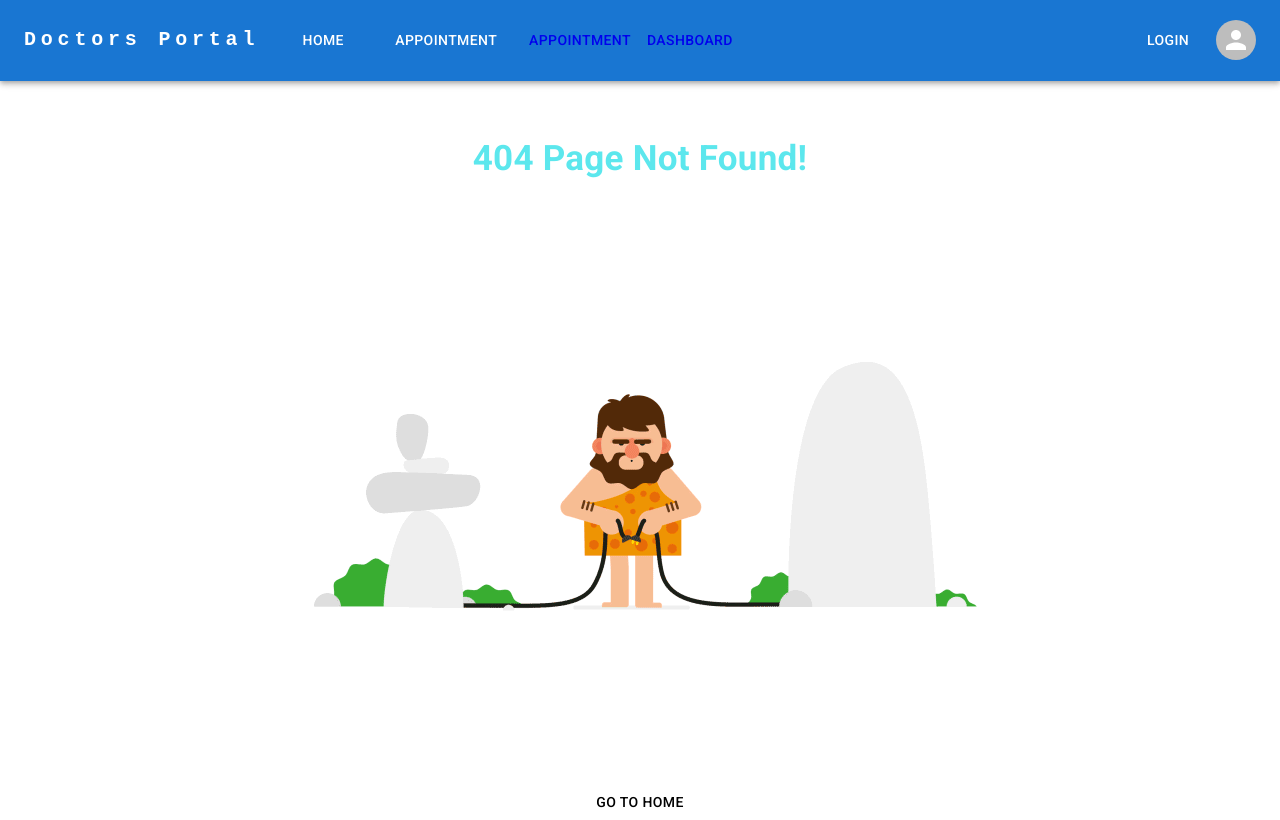
Repository: Sharif-00112/doctors-portal-client
Page: /checkUp
These files come from the project's save history. The page is drawn as it stood at one moment and after the next save; the edit follows.
The browser window is 1280 px wide. The pictures show the whole page.
The page's requests for data from a server got no answer. The project was rebuilt for these pictures with package versions that can differ from the ones it lists, and the page was loaded fresh each time. No one was signed in, and anything a server would have sent is missing. Also part of the build but not shown: src/Pages/Shared/Footer/Footer.js, src/Pages/Home/AppointmentBanner/AppointmentBanner.js, src/Pages/Home/Banner/Banner.js, src/Pages/Home/Contact/Contact.js, src/Pages/Home/Service/Service.js, src/Pages/Home/Services/Services.js, src/Pages/Home/Story/Story.js, src/Pages/Home/Home/Home.js and 16 more. Imported but missing from the stored project, and not drawn on this page: src/hooks/useTitle.

Above is the page before, as saved 2022-11-25 20:30:34.

### public/index.html
<!DOCTYPE html>
<html lang="en">
  <head>
    <meta charset="utf-8" />
    <link rel="icon" href="%PUBLIC_URL%/favicon.ico" />
    <meta name="viewport" content="width=device-width, initial-scale=1" />
    <meta name="theme-color" content="#000000" />
    <meta
      name="description"
      content="Web site created using create-react-app"
    />
    <link
      rel="stylesheet" href="https://fonts.googleapis.com/css?family=Roboto:300,400,500,700&display=swap"
    />

    <link rel="apple-touch-icon" href="%PUBLIC_URL%/logo192.png" />
    <!--
      manifest.json provides metadata used when your web app is installed on a
      user's mobile device or desktop. See https://developers.google.com/web/fundamentals/web-app-manifest/
    -->
    <link rel="manifest" href="%PUBLIC_URL%/manifest.json" />
    <!--
      Notice the use of %PUBLIC_URL% in the tags above.
      It will be replaced with the URL of the `public` folder during the build.
      Only files inside the `public` folder can be referenced from the HTML.

      Unlike "/favicon.ico" or "favicon.ico", "%PUBLIC_URL%/favicon.ico" will
      work correctly both with client-side routing and a non-root public URL.
      Learn how to configure a non-root public URL by running `npm run build`.
    -->
    <title>React App</title>
  </head>
  <body>
    <noscript>You need to enable JavaScript to run this app.</noscript>
    <div id="root"></div>
    <!--
      This HTML file is a template.
      If you open it directly in the browser, you will see an empty page.

      You can add webfonts, meta tags, or analytics to this file.
      The build step will place the bundled scripts into the <body> tag.

      To begin the development, run `npm start` or `yarn start`.
      To create a production bundle, use `npm run build` or `yarn build`.
    -->
  </body>
</html>

### src/App.js
import './App.css';
import { BrowserRouter as Router, Route, Routes} from 'react-router-dom';
import Home from './Pages/Home/Home/Home';
import Appointment from './Pages/Appointment/Appointment/Appointment';
import Login from './Pages/Login/Login/Login';
import Register from './Pages/Login/Register/Register';
import AuthProvider from './contexts/AuthProvider/AuthProvider';
import PrivateRoute from './Pages/Login/PrivateRoute/PrivateRoute';
import NotFound from './Pages/NotFound/NotFound';
import Dashboard from './Pages/Dashboard/Dashboard/Dashboard';
import ResponsiveNavigation from './Pages/Shared/Navigation/ResponsiveNavigation';
// import Footer from './Pages/Shared/Footer/Footer';

function App() {
  return (
    <div className="App">
      <AuthProvider>
        <Router>
          {/* <Header></Header> */}
          <ResponsiveNavigation></ResponsiveNavigation>
          <Routes>
            <Route exact path = '/' element={<Home/>}/>
            <Route exact path = '/home' element={<Home/>}/>
            <Route exact path = '/login' element={<Login/>}/>
            <Route exact path = '/register' element={<Register/>}/>
            <Route exact path = '/appointment' element = {
              <PrivateRoute>
                <Appointment></Appointment>
              </PrivateRoute>
            }> </Route>
            <Route path = 'dashboard/*' element = {
              <PrivateRoute>
                <Dashboard></Dashboard>
              </PrivateRoute>
            }> </Route>
            <Route path = '*' element={<NotFound/>}/>
          </Routes>
          {/* <Footer></Footer>  */}
        </Router>
      </AuthProvider>
    </div>
  );
}

export default App;

### src/contexts/AuthProvider/AuthProvider.js
import React from 'react';
import { createContext } from 'react';
import useFirebase from '../../hooks/useFirebase';

//step-1-context
export const AuthContext = createContext();

const AuthProvider = (props) => {
    //step-3-context
    const {children} = props;

    //step-5-context
    const allContexts = useFirebase();

    return (
        //step-2-context
        <AuthContext.Provider value={allContexts}>
            {children}
        </AuthContext.Provider>
    );
};

export default AuthProvider;

### src/Pages/NotFound/NotFound.js
import React from 'react';
import Typography from '@mui/material/Typography';
import { NavLink } from 'react-router-dom';
import { Button } from '@mui/material';
import errorIMG from '../../images/images/dribbble_1.gif'

const NotFound = () => {
    return (
        <div>
            <Typography sx={{ mt:7, fontSize: 35, fontWeight: 600 }} style={{color: '#5CE7ED'}} variant="h4" component="div">
                404 Page Not Found!
            </Typography>
            <img src={errorIMG} alt="404 Page Not Found!" />
            <br />
            <NavLink
                // style={{ textDecoration:'none'}}
                to='/'>
                <Button sx={{ color: 'black' }}>
                    Go to Home
                </Button>
            </NavLink>
        </div>
    );
};

export default NotFound;

### src/Pages/Shared/Navigation/ResponsiveNavigation.js
import React from 'react';
import AppBar from '@mui/material/AppBar';
import Box from '@mui/material/Box';
import Toolbar from '@mui/material/Toolbar';
import IconButton from '@mui/material/IconButton';
import Typography from '@mui/material/Typography';
import Menu from '@mui/material/Menu';
import MenuIcon from '@mui/icons-material/Menu';
import Container from '@mui/material/Container';
import Avatar from '@mui/material/Avatar';
import Button from '@mui/material/Button';
import Tooltip from '@mui/material/Tooltip';
import MenuItem from '@mui/material/MenuItem';
import { Link, NavLink } from 'react-router-dom';
// import AdbIcon from '@mui/icons-material/Adb';
import useAuth from '../../../hooks/useAuth';

const pages = [
    <Link
        style={{ textDecoration:'none', color:'white' }}
        to = '/home'>
        <Button sx={{mx:1}} color="inherit">Home</Button>
    </Link>,
    <Link
        style={{ textDecoration:'none', color:'white' }}
        to = '/appointment'>
        <Button sx={{mx:1}} color="inherit">Appointment</Button>
    </Link>,
    <Link
        style={{ textDecoration:'none' }}
        to = '/appointment'>
        Appointment
    </Link>,
    <Link
        // style={{ textDecoration:'none', color:'white' }}
        style={{ textDecoration:'none' }}
        to = '/dashboard'>
        {/* <Button color="inherit">Appointment</Button> */}
        Dashboard
    </Link>
];
const settings = [
    // 'Profile',
    <Link
        // style={{ textDecoration:'none', color:'white' }}
        style={{ textDecoration:'none' }}
        to = '/login'>
        {/* <Button color="inherit">Appointment</Button> */}
        Profile
    </Link>,
    <Link
        // style={{ textDecoration:'none', color:'white' }}
        style={{ textDecoration:'none' }}
        to = '/dashboard'>
        {/* <Button color="inherit">Appointment</Button> */}
        Dashboard
    </Link>,
    // 'Account',
    // 'Dashboard'
];

const ResponsiveNavigation = () => {
    const { user, logout } = useAuth();

    const [anchorElNav, setAnchorElNav] = React.useState(null);
    const [anchorElUser, setAnchorElUser] = React.useState(null);

    const handleOpenNavMenu = (event) => {
      setAnchorElNav(event.currentTarget);
    };
    const handleOpenUserMenu = (event) => {
      setAnchorElUser(event.currentTarget);
    };

    const handleCloseNavMenu = () => {
      setAnchorElNav(null);
    };

    const handleCloseUserMenu = () => {
      setAnchorElUser(null);
    };

    return (
        <div>
            <AppBar position="static">
                <Container maxWidth="xl">
                    <Toolbar disableGutters>
                    {/* <AdbIcon sx={{ display: { xs: 'none', md: 'flex' }, mr: 1 }} /> */}
                    <Typography
                        variant="h6"
                        noWrap
                        component="a"
                        href="/"
                        sx={{
                        mr: 2,
                        display: { xs: 'none', md: 'flex' },
                        fontFamily: 'monospace',
                        fontWeight: 700,
                        letterSpacing: '.3rem',
                        color: 'inherit',
                        textDecoration: 'none',
                        }}
                    >
                        Doctors Portal
                    </Typography>

                    <Box sx={{ flexGrow: 1, display: { xs: 'flex', md: 'none' } }}>
                        <IconButton
                        size="large"
                        aria-label="account of current user"
                        aria-controls="menu-appbar"
                        aria-haspopup="true"
                        onClick={handleOpenNavMenu}
                        color="inherit"
                        >
                        <MenuIcon />
                        </IconButton>
                        <Menu
                        id="menu-appbar"
                        anchorEl={anchorElNav}
                        anchorOrigin={{
                            vertical: 'bottom',
                            horizontal: 'left',
                        }}
                        keepMounted
                        transformOrigin={{
                            vertical: 'top',
                            horizontal: 'left',
                        }}
                        open={Boolean(anchorElNav)}
                        onClose={handleCloseNavMenu}
                        sx={{
                            display: { xs: 'block', md: 'none' },
                        }}
                        >
                        {pages.map((page) => (
                            <MenuItem key={page} onClick={handleCloseNavMenu}>
                            <Typography textAlign="center">{page}</Typography>
                            </MenuItem>
                        ))}
                        </Menu>
                    </Box>
                    {/* <AdbIcon sx={{ display: { xs: 'flex', md: 'none' }, mr: 1 }} /> */}
                    <Typography
                        variant="h5"
                        noWrap
                        component="a"
                        href=""
                        sx={{
                        mr: 2,
                        display: { xs: 'flex', md: 'none' },
                        flexGrow: 1,
                        fontFamily: 'monospace',
                        fontWeight: 700,
                        letterSpacing: '.3rem',
                        color: 'inherit',
                        textDecoration: 'none',
                        }}
                    >
                        Doctors Portal
                    </Typography>
                    <Box sx={{ flexGrow: 1, display: { xs: 'none', md: 'flex', color:'gray' } }}>
                        {pages.map((page) => (
                        <Button
                            key={page}
                            onClick={handleCloseNavMenu}
                            sx={{ my: 2, color: 'white', display: 'block' }}
                        >
                            {page}
                        </Button>
                        ))}
                    </Box>

                    {
                        user?.email ?
                        <NavLink
                            style={{ textDecoration:'none', color:'white' }}
                            to = '/login'>
                            <Button sx={{ mx:2 }} onClick={logout} color="inherit">Logout</Button>
                        </NavLink>
                        :
                        <NavLink
                            style={{ textDecoration:'none', color:'white' }}
                            to = '/login'>
                            <Button sx={{ mx:2 }} color="inherit">Login</Button>
                        </NavLink>
                    }

                    <Box sx={{ flexGrow: 0 }}>
                        <Tooltip title={user.email}>
                        <IconButton onClick={handleOpenUserMenu} sx={{ p: 0 }}>
                            <Avatar alt={user.email} src={user.photoURL} />
                        </IconButton>
                        </Tooltip>
                        <Menu
                        sx={{ mt: '45px' }}
                        id="menu-appbar"
                        anchorEl={anchorElUser}
                        anchorOrigin={{
                            vertical: 'top',
                            horizontal: 'right',
                        }}
                        keepMounted
                        transformOrigin={{
                            vertical: 'top',
                            horizontal: 'right',
                        }}
                        open={Boolean(anchorElUser)}
                        onClose={handleCloseUserMenu}
                        >
                        {settings.map((setting) => (
                            <MenuItem key={setting} onClick={handleCloseUserMenu}>
                            <Typography textAlign="center">{setting}</Typography>
                            </MenuItem>
                        ))}
                        </Menu>
                    </Box>
                    </Toolbar>
                </Container>
            </AppBar>
        </div>
    );
};

export default ResponsiveNavigation;

### src/hooks/useAuth.js
//step-6-context

import { useContext } from "react"
import { AuthContext } from "../../src/contexts/AuthProvider/AuthProvider"

const useAuth = () =>{
    return useContext(AuthContext);
}

export default useAuth;

### src/hooks/useFirebase.js
import { useState } from "react";
import initializeAuthentication from "../Pages/Login/Firebase/firebase.initialize";
import { getAuth, signInWithPopup, GoogleAuthProvider, onAuthStateChanged, signOut, FacebookAuthProvider, createUserWithEmailAndPassword, signInWithEmailAndPassword, sendPasswordResetEmail, updatePassword, sendEmailVerification, updateProfile, getIdToken } from "firebase/auth";
import { useEffect } from "react";

initializeAuthentication();

const useFirebase = () =>{
    const [user, setUser] = useState({});
    const [error, setError] = useState('');
    const [name, setName] = useState('');
    const [email, setEmail] = useState('');
    const [password, setPassword] = useState('');
    const [isLoading, setIsLoading] = useState(true);
    const [admin, setAdmin] = useState(false);
    const [token, setToken] = useState('');

    const googleProvider = new GoogleAuthProvider();
    // const gitProvider = new GithubAuthProvider();
    const facebookProvider = new FacebookAuthProvider();
    const auth = getAuth();

    const signInUsingGoogle = () =>{
      setIsLoading(true);
      signInWithPopup(auth, googleProvider)
      .then((result) => {
          // This gives you a Google Access Token. You can use it to access the Google API.
          // const credential = GoogleAuthProvider.credentialFromResult(result);
          // const token = credential.accessToken;
          // The signed-in user info.
          setUser(result.user);
          // save user to the database
          saveUserToDB(result.user.email, result.user.displayName, 'PUT');
      }).catch((error) => {
          // Handle Errors here.
          setError(error.code);
          setError(error.message);
          // The email of the user's account used.
          setError(error.customData.email);
          // The AuthCredential type that was used.
          setError(GoogleAuthProvider.credentialFromError(error));
      }).finally(() =>{
        setIsLoading(false);
      });
    };

    const signInUsingFacebook = () =>{
      setIsLoading(true);
      signInWithPopup(auth, facebookProvider)
      .then((result) => {
        // The signed-in user info.
        setUser(result.user);
        // save user to the database
        saveUserToDB(result.user.email, result.user.displayName, 'PUT');

        // This gives you a Facebook Access Token. You can use it to access the Facebook API.
        // const credential = FacebookAuthProvider.credentialFromResult(result);
        // const accessToken = credential.accessToken;
      })
      .catch((error) => {
        // Handle Errors here.
        setError(error.code);
        setError(error.message);
        // The email of the user's account used.
        setError(error.customData.email);
        // The AuthCredential type that was used.
        setError(FacebookAuthProvider.credentialFromError(error));
      }).finally(() =>{
        setIsLoading(false);
      });
    };

    const customLogin = (email, password) =>{
      setIsLoading(true);
      signInWithEmailAndPassword(auth, email, password)
      .then((userCredential) => {
        // Signed in
        setUser(userCredential.user);
        setError('');
      })
      .catch((error) => {
        setError(error.code);
        setError(error.message);
      })
      .finally(() => setIsLoading(false));
    };

    const customRegister = (email, password) =>{
      setIsLoading(true);
      createUserWithEmailAndPassword(auth, email, password)
      .then((userCredential) => {
        // Signed in
        // const user = userCredential.user;
        // console.log(user);
        setUser(userCredential.user);
        // save user to the database
        saveUserToDB(userCredential.user.email, userCredential.user.displayName, 'POST')
        // clear error message
        setError('');
      })
      .catch((error) => {
        setError(error.code);
        setError(error.message);
      })
      .finally(() => setIsLoading(false));
    };

    const handleLoginSubmitBtn = e =>{
      e.preventDefault();
      // console.log(email, password);
      customLogin(email, password);
    }

    const handleRegisterSubmitBtn = e =>{
      e.preventDefault();
      // console.log(email, password);

      if(!/.{8,}/.test(password)){
        setError('Ensure password is of minimum length 8');
        return;
      }
      if(!/(?=.*[A-Z])/.test(password)){
        setError('Ensure password has minimum one uppercase letters');
        return;
      }
      if(!/(?=.*[!@#$%^&*()\-__+.])/.test(password)){
        setError('Ensure password has minimum one special case letter');
        return;
      }
      if(!/(?=.*[0-9])/.test(password)){
        setError('Ensure password has minimum one digits');
        return;
      }
      if(!/(?=.*[a-z])/.test(password)){
        setError('Ensure password has minimum one lowercase letters');
        return;
      }
      customRegister(email, password);
    }

    const handleNameChange = e =>{
      setName(e.target.value);
    }

    const handleEmailChange = e =>{
      setEmail(e.target.value);
    }

    const handlePasswordChange = e =>{
      setPassword(e.target.value);
    }

    const handleForgotPassword = () =>{
      sendPasswordResetEmail(auth, email)
      .then(() => {
        // Password reset email sent!
      })
      .catch((error) => {
        setError(error.code);
        setError(error.message);
      });
    }

    const handleChangePassword = () =>{
      const user = auth.currentUser;
      const newPassword = password;
      updatePassword(user, newPassword).then(() => {
        // Update successful.
      }).catch((error) => {
        setError(error.code);
        setError(error.message);
      });
    }

    const setUserName = () =>{
      updateProfile(auth.currentUser, {
        displayName: name
      }).then(() => {
        // Profile updated!
      }).catch((error) => {
        setError(error.code);
        setError(error.message);
      });
    }

    const verifyEmail = () =>{
      sendEmailVerification(auth.currentUser)
      .then(() => {
        // Email verification sent!
      }).catch((error) => {
        setError(error.code);
        setError(error.message);
      });
    }

    //observe user login change
    useEffect(()=>{
        const unsubscribe = onAuthStateChanged(auth, (user) => {
            if (user) {
              // User is signed in
              setUser(user);

              //JWT
              getIdToken(user)
              // .then(idToken => console.log(idToken))
              // .then(idToken => localStorage.setItem('idToken', idToken))
              .then(idToken => setToken(idToken))

            } else {
              // User is signed out
              setUser({});
            }
            setIsLoading(false);
          });
          return () => unsubscribe;
    },[auth]);

    // check Admin
    useEffect( () =>{
      fetch(`http://localhost:3005/users/${user.email}`)
      .then(res => res.json())
      .then(data => setAdmin(data.admin))
    } ,[user.email])

    const logout = () =>{
      setIsLoading(true);
      signOut(auth)
      .then(() => {
          // Sign-out successful.
          setUser({});
        }).catch((error) => {
          setError(error);
        }).finally(()=>{
          setIsLoading(false);
        });
    }

    const saveUserToDB = (email, displayName, method) =>{
      const user = {email, displayName};
      fetch('http://localhost:3005/users', {
          method: method,
          headers: {
              'content-type' : 'application/json'
          },
          body: JSON.stringify(user)
      })
      .then()
    }

    return {
      signInUsingGoogle,
      signInUsingFacebook,
      customLogin,
      customRegister,
      handleLoginSubmitBtn,
      handleRegisterSubmitBtn,
      handleNameChange,
      handleEmailChange,
      handlePasswordChange,
      handleForgotPassword,
      handleChangePassword,
      verifyEmail,
      setUserName,
      logout,
      user,
      admin,
      error,
      isLoading,
      token
    };
}

export default useFirebase;

### src/Pages/Login/Firebase/firebase.initialize.js
import { initializeApp } from "firebase/app";
import firebaseConfig from "./firebase.config";

const initializeAuthentication = () =>{
    initializeApp(firebaseConfig);
}

export default initializeAuthentication;

### src/Pages/Login/Firebase/firebase.config.js
// console.log(process.env);

const firebaseConfig = {
  apiKey: process.env.REACT_APP_FIREBASE_API_KEY,
  authDomain: process.env.REACT_APP_FIREBASE_AUTH_DOMAIN,
  projectId: process.env.REACT_APP_FIREBASE_PROJECT_ID,
  storageBucket: process.env.REACT_APP_FIREBASE_STORAGE_BUCKET,
  messagingSenderId: process.env.REACT_APP_FIREBASE_MESSAGING_SENDER_ID,
  appId: process.env.REACT_APP_FIREBASE_APP_ID,
  measurementId: process.env.REACT_APP_FIREBASE_MEASUREMENT_ID
};

export default firebaseConfig;

// .env.local
// REACT_APP_FIREBASE_API_KEY=AIzaSyCENU3GB_9S_0atKuxThVeipx-DW0iqgW0
// REACT_APP_FIREBASE_AUTH_DOMAIN=doctors-portal-00112.firebaseapp.com
// REACT_APP_FIREBASE_PROJECT_ID=doctors-portal-00112
// REACT_APP_FIREBASE_STORAGE_BUCKET=doctors-portal-00112.appspot.com
// REACT_APP_FIREBASE_MESSAGING_SENDER_ID=392940465552
// REACT_APP_FIREBASE_APP_ID=1:392940465552:web:273b27a817caf3ceaf9715
// REACT_APP_FIREBASE_MEASUREMENT_ID=G-SJ34R75ZFB

Loaded but not shown: src/index.js (common file); src/index.css (common file); src/reportWebVitals.js (common file); src/App.css (common file)

After the next save:
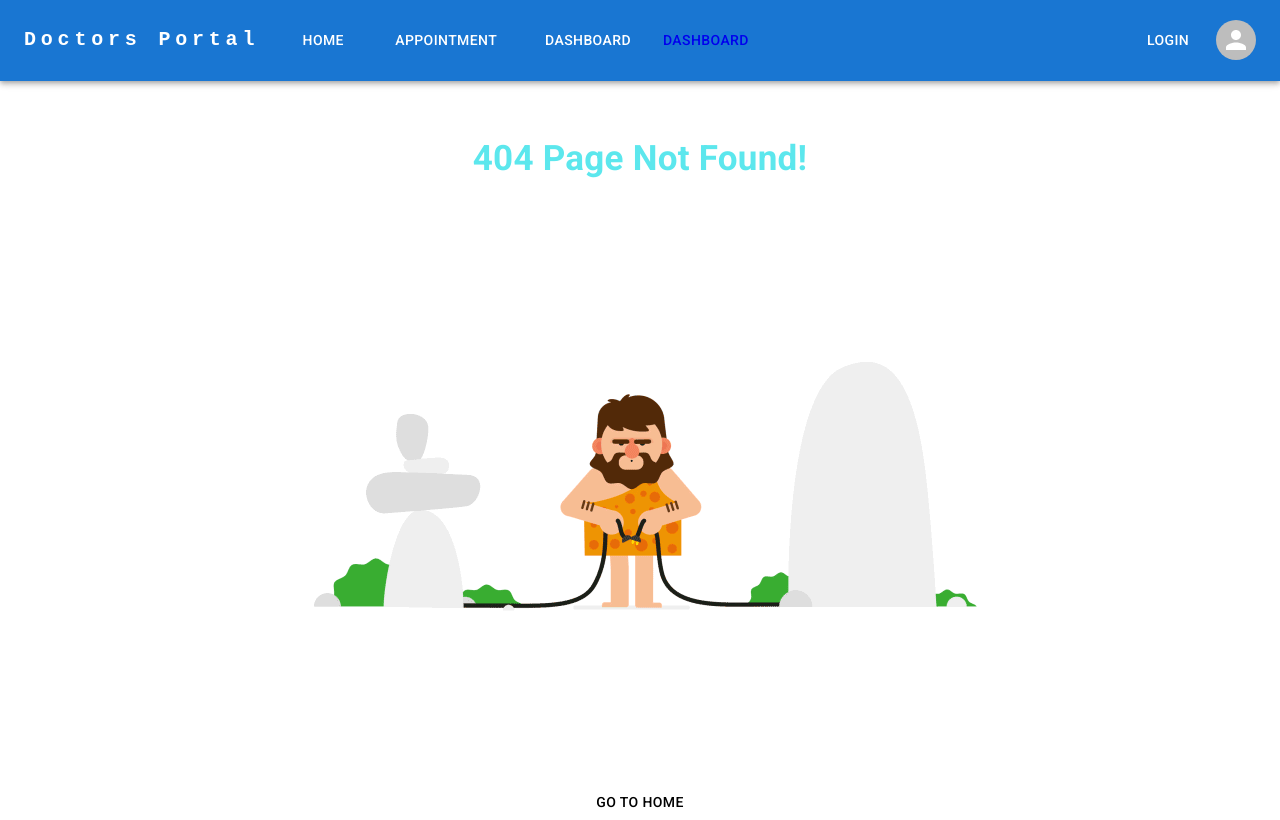
Saved 45 s later.
--- a/src/Pages/Shared/Navigation/ResponsiveNavigation.js
+++ b/src/Pages/Shared/Navigation/ResponsiveNavigation.js
@@ -27,9 +27,9 @@ const pages = [
         <Button sx={{mx:1}} color="inherit">Appointment</Button>
     </Link>,
     <Link
-        style={{ textDecoration:'none' }}
-        to = '/appointment'>
-        Appointment
+        style={{ textDecoration:'none', color:'white' }}
+        to = '/dashboard'>
+        <Button sx={{mx:1}} color="inherit">Dashboard</Button>
     </Link>,
     <Link
         // style={{ textDecoration:'none', color:'white' }}
